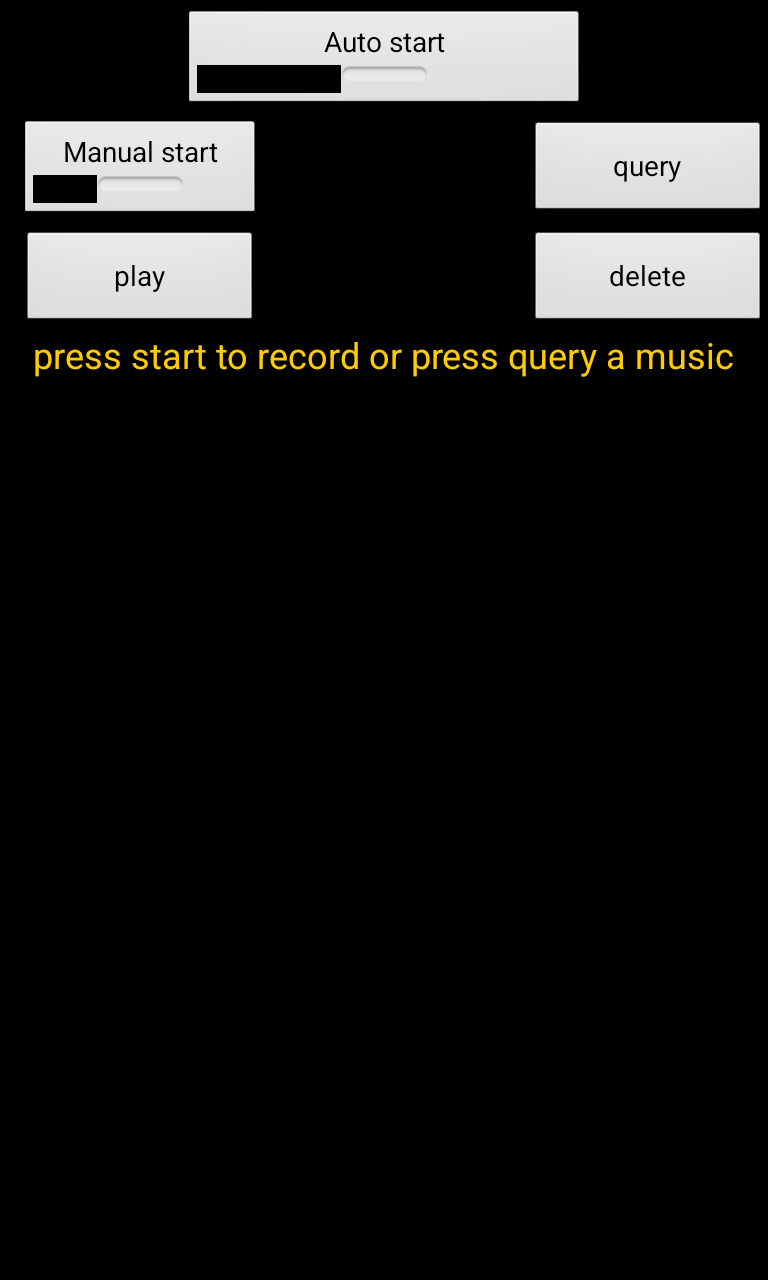
Repository: FreyrChen/tucan_Linux_practice
Layout: 4_Android_program/MusicIdentify/res/layout/activity_main.xml
An editor plug-in stored every save of this project. The layout is shown before and after the next save, followed by the edit.
It is drawn on a 768 x 1280 px phone screen (xhdpi) without system bars, with theme AppTheme; the app's code is not run. Lists and similar views that code fills are empty.

Above is the layout before, as saved 2013-06-09 08:37:25.

### 4_Android_program/MusicIdentify/res/layout/activity_main.xml
<RelativeLayout xmlns:android="http://schemas.android.com/apk/res/android"
    xmlns:tools="http://schemas.android.com/tools"
    android:layout_width="match_parent"
    android:layout_height="match_parent"
    android:background="#000000"
    tools:context=".MainActivity" >

    <ToggleButton
		android:id="@+id/auto_record_button"
		android:textOn="@string/stop"
		android:textOff="@string/auto_start"
	 	android:layout_width="200dp"
	 	android:layout_height="50dp"
	    android:layout_marginTop="5dp"
	    android:layout_marginLeft="10dp"
	    android:layout_centerHorizontal="true"
 	/>

     <ToggleButton
		android:id="@+id/manual_record_button"
		android:textOn="@string/stop"
		android:textOff="@string/manual_start"
	 	android:layout_width="120dp"
	 	android:layout_height="50dp"
	    android:layout_alignParentLeft="true"
	    android:layout_marginTop="5dp"
	    android:layout_marginLeft="10dp"
	    android:layout_below="@+id/auto_record_button"
 	/>

    <Button
	 	android:id="@+id/query_button"
	 	android:layout_width="120dp"
	 	android:layout_height="50dp"
	 	android:text="@string/query"
	    android:layout_marginTop="5dp"
	    android:layout_marginLeft="10dp"
	    android:layout_alignParentRight="true"
	     android:layout_below="@+id/auto_record_button"
 	/>

    <Button
	 	android:id="@+id/play_button"
		android:text="@string/play"
	 	android:layout_width="120dp"
	 	android:layout_height="50dp"
	    android:layout_alignParentLeft="true"
	    android:layout_marginTop="5dp"
	    android:layout_marginLeft="10dp"
	    android:layout_below="@+id/manual_record_button"
 	/>


    <Button
	 	android:id="@+id/delete_button"
	 	android:layout_width="120dp"
	 	android:layout_height="50dp"
	 	android:text="@string/delete"
	    android:layout_marginTop="5dp"
	    android:layout_marginLeft="10dp"
	    android:layout_alignParentRight="true"
	    android:layout_below="@+id/query_button"
 	/>

    <TextView
        android:id="@+id/info_text"
        android:layout_width="wrap_content"
        android:layout_height="wrap_content"
        android:layout_centerHorizontal="true"
        android:textSize="18sp"
        android:text="@string/init_text"
        android:background="#00FF0000"
	    android:textColor="#FFCC00"
	    android:layout_below="@+id/delete_button"
    />

	<ListView
        android:id="@+id/music_List"
        android:layout_width="wrap_content"
        android:layout_height="wrap_content"
        android:layout_centerHorizontal="true"
        android:background="#00FF0000"
	    android:textColor="#FF0000"
	    android:layout_below="@+id/info_text"
    />



</RelativeLayout>

### 4_Android_program/MusicIdentify/res/values/strings.xml
<?xml version="1.0" encoding="utf-8"?>
<resources>

    <string name="app_name">MusicIdentify</string>
    <string name="init_text">press start to record or press query a music</string>
    <string name="menu_settings">Settings</string>
    <string name="start">start</string>
    <string name="stop">stop</string>
    <string name="play">play</string>
    <string name="query">query</string>
    <string name="delete">delete</string>
    <string name="manual_start">Manual start</string>
    <string name="auto_start">Auto start</string>


</resources>

Loaded but not shown: 4_Android_program/MusicIdentify/res/values/styles.xml (common file)

After the next save:
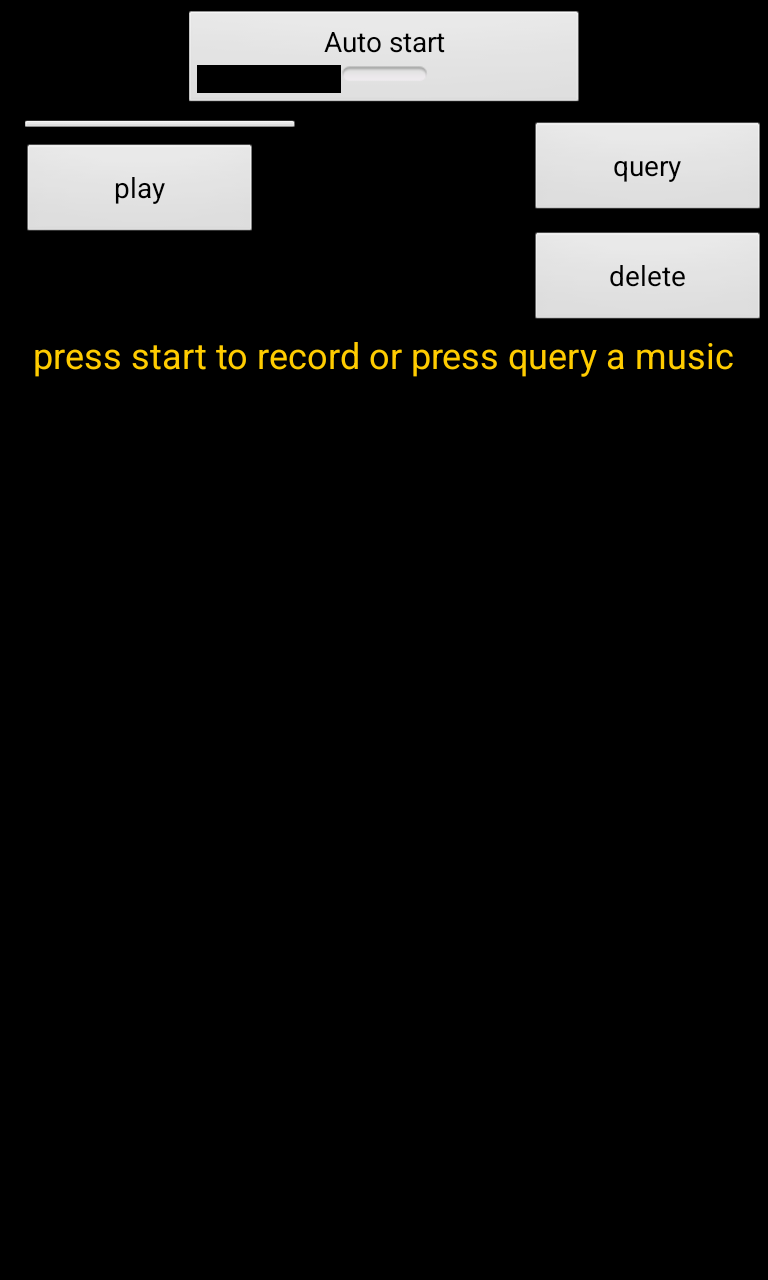
Saved 16 s later.
--- a/4_Android_program/MusicIdentify/res/layout/activity_main.xml
+++ b/4_Android_program/MusicIdentify/res/layout/activity_main.xml
@@ -20,8 +20,8 @@
 		android:id="@+id/manual_record_button"
 		android:textOn="@string/stop"
 		android:textOff="@string/manual_start"
-	 	android:layout_width="120dp"
-	 	android:layout_height="50dp"
+	 	android:layout_width="140dp"
+	 	android:layout_height="6dp"
 	    android:layout_alignParentLeft="true"
 	    android:layout_marginTop="5dp"
 	    android:layout_marginLeft="10dp"
